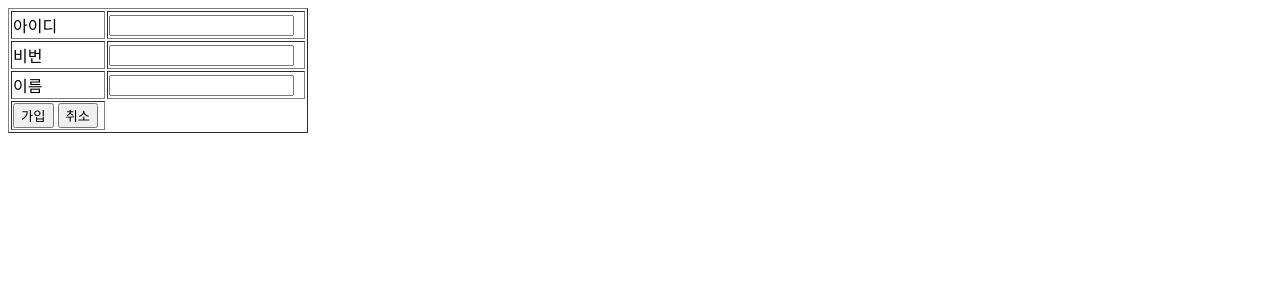
Repository: MinHyeJun/OpenSourceFramework
Page: http://localhost/spring_prj/member_login.jsp
The author's editor kept a copy of each file at every save. The page is drawn from the files as they stood at one save, then again after the next save.
The browser window is 1280 px wide. The pictures show the whole page.
The page is served by Tomcat 9. Nobody is signed in. The application's start-up code is not run. Other server files are loaded and not shown.

Above is the page before, as saved 2018-06-27 02:18:44.

### spring_prj/src/main/webapp/member_login.jsp
<%@ page language="java" contentType="text/html; charset=UTF-8"
    pageEncoding="UTF-8"%>
<!DOCTYPE html PUBLIC "-//W3C//DTD HTML 4.01 Transitional//EN" "http://www.w3.org/TR/html4/loose.dtd">
<html>
<head>
<meta http-equiv="Content-Type" content="text/html; charset=UTF-8">
<title>Insert title here</title>
</head>
<body>
<form action="/member" method="post">
<table width=300 border=1>
<tr>
	<td>아이디</td>
	<td><input type="text" name="mid"></td>
</tr>

<tr>
	<td>비번</td>
	<td><input type="password" name="mpw"></td>
</tr>

<tr>
	<td>이름</td>
	<td><input type="text" name="mname"></td>
</tr>
<tr>
	<td>
	<input type="submit" value="가입">
	<input type="reset" value="취소">
	</td>
</tr>
</table>
</form>
</body>
</html>

After the next save:
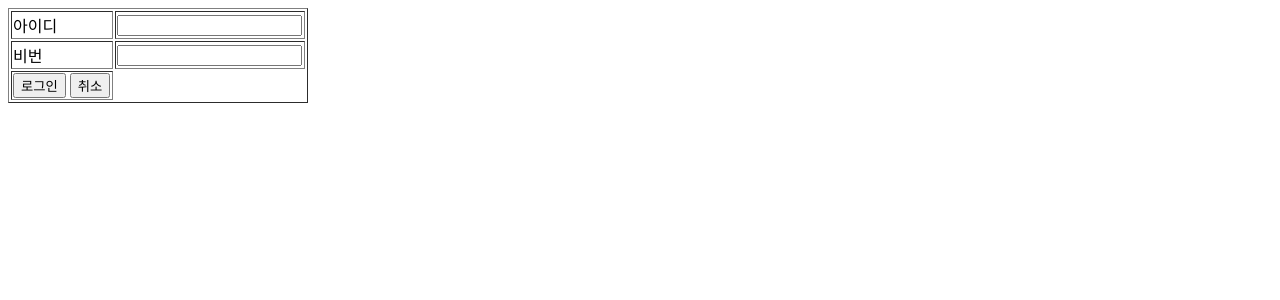
Saved 49 s later.
--- a/spring_prj/src/main/webapp/member_login.jsp
+++ b/spring_prj/src/main/webapp/member_login.jsp
@@ -18,14 +18,9 @@
 	<td>비번</td>
 	<td><input type="password" name="mpw"></td>
 </tr>
-
-<tr>
-	<td>이름</td>
-	<td><input type="text" name="mname"></td>
-</tr>
 <tr>
 	<td>
-	<input type="submit" value="가입">
+	<input type="submit" value="로그인">
 	<input type="reset" value="취소">
 	</td>
 </tr>
